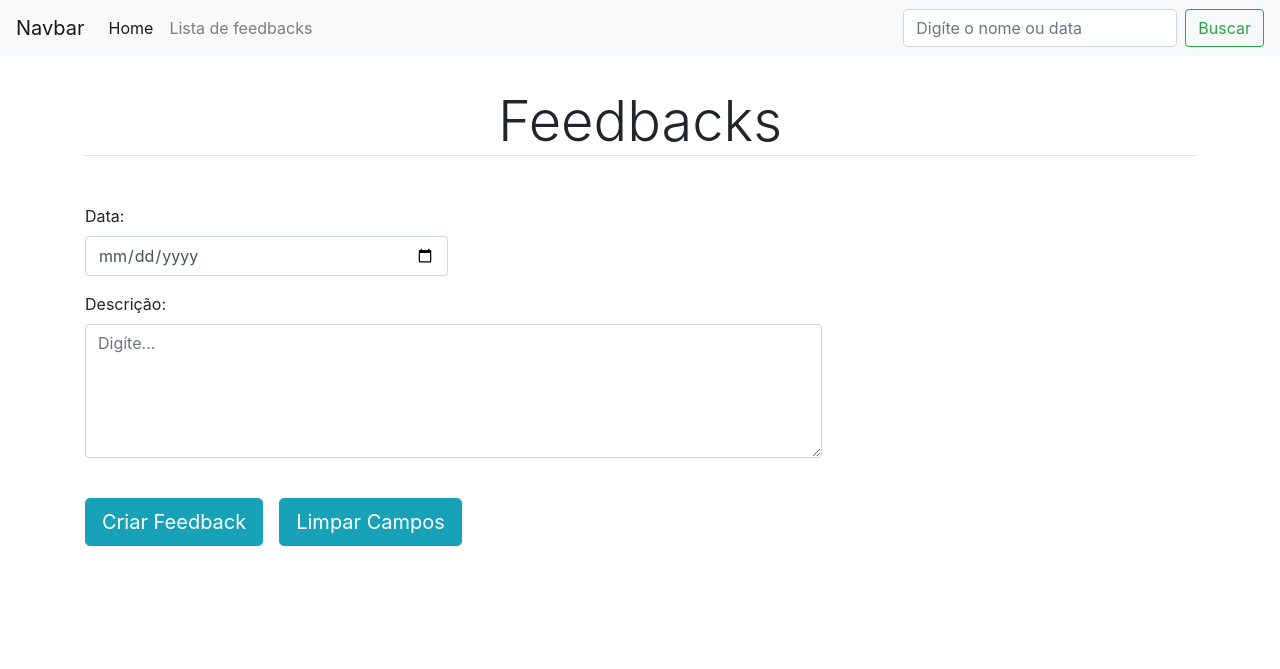
Repository: JulioSantooz/maisViagensSegundaVersao
Page: java-web(eclipse)/java-crud-mais-viagens/src/main/webapp/descricao.html
The author's editor kept a copy of each file at every save. The page is drawn from the files as they stood at one save, then again after the next save.
The browser window is 1280 px wide. The pictures show the whole page.
Some web libraries are served in a nearby version.

Above is the page before, as saved 2022-02-06 15:28:37.

After the next save:
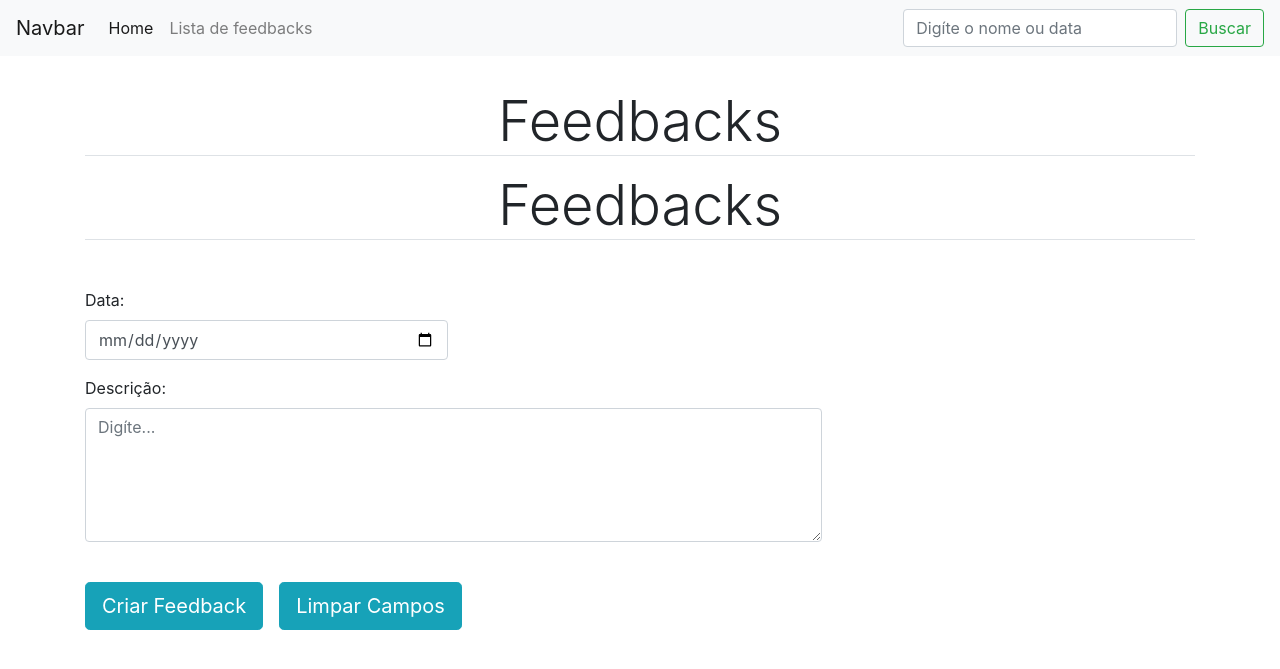
Saved 10 min 6 s later.
--- a/java-web(eclipse)/java-crud-mais-viagens/src/main/webapp/descricao.html
+++ b/java-web(eclipse)/java-crud-mais-viagens/src/main/webapp/descricao.html
@@ -34,6 +34,7 @@
 		<div class="col-12">
 			<h1 class="display-4 my-3 border-bottom">Feedbacks</h1>
 			<form action="CreateAndFind" method="POST">
+			<h1 class="display-4 my-3 border-bottom">Feedbacks</h1>
                 <div class="form-row mt-5 d-flex flex-column">
                     <div class="form-group col-4">
                         <label for="" class="float-left">Data:</label>
